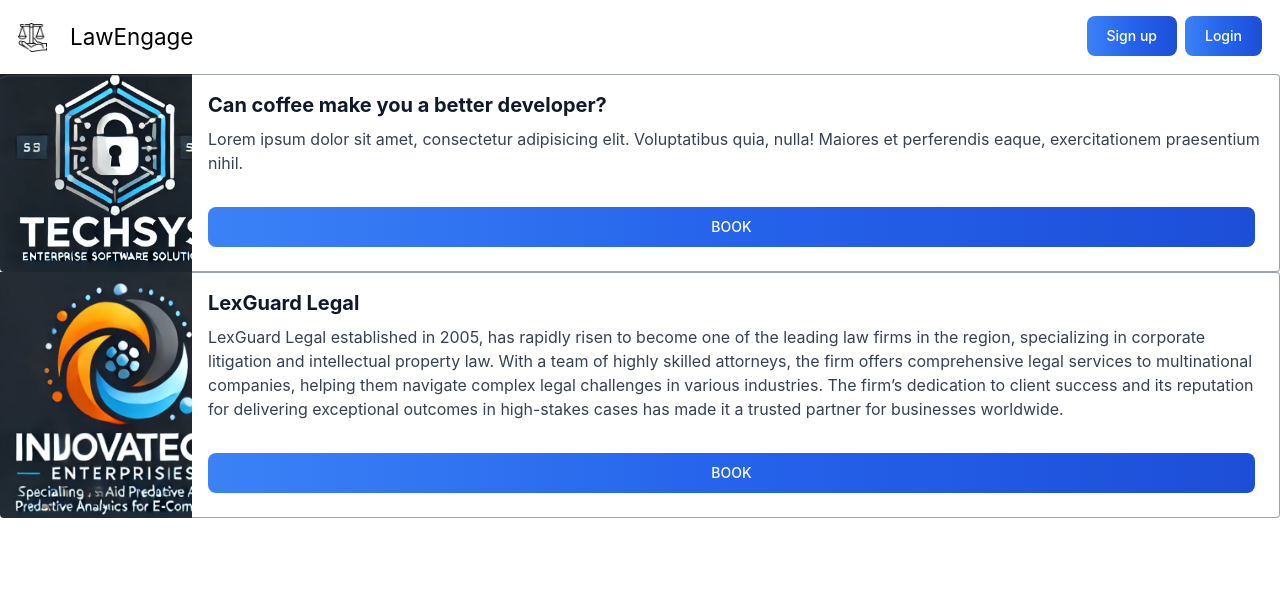
Repository: khushijain8/Lawyer-appointment-application
Page: /book (app in frontend/)
An editor plug-in stored every save of this project. The page is shown before and after the next save, followed by the edit.
The browser window is 1280 px wide. The pictures show the whole page.
The project was rebuilt for these pictures with package versions that can differ from the ones it lists, and the page was loaded fresh each time. Also part of the build but not shown: frontend/src/App.css, frontend/src/components/Signup/Signup.css, frontend/src/components/Signup/Signup.jsx, frontend/src/components/Login/Login.css, frontend/src/components/Login/Login.jsx, frontend/src/components/LawyerHistoryContainer/LawyerHistoryContainer.css, frontend/src/components/LawyerHistoryContainer/LawyerHistoryContainer.jsx, frontend/src/components/Admin/Admin.jsx and 5 more.

Above is the page before, as saved 2025-01-26 19:00:23.

### frontend/src/index.js
import React from 'react';
import ReactDOM from 'react-dom/client';
import './index.css';
import App from './App';
import reportWebVitals from './reportWebVitals';
import {BrowserRouter} from 'react-router-dom';
import {Provider} from 'react-redux';
import {store} from './redux/store';
const root = ReactDOM.createRoot(document.getElementById('root'));
root.render(
  <React.StrictMode>
    <Provider store={store}>
     <BrowserRouter>
      <App />
    </BrowserRouter>
    </Provider>
  </React.StrictMode>
);

// If you want to start measuring performance in your app, pass a function
// to log results (for example: reportWebVitals(console.log))
// or send to an analytics endpoint. Learn more: https://bit.ly/CRA-vitals
reportWebVitals();

### frontend/src/App.js
import './App.css';

import {Route,Routes} from 'react-router-dom';
import Signup from './components/Signup/Signup';
import {Login} from './components/Login/Login';
import Navbar from './components/Navbar/Navbar';
import Book from './components/Book/Book';
import Admin from './components/Admin/Admin';
import FrontPage from './components/FrontPage/FrontPage';
import Firm from './components/Firms/Firm';
import LawyerHistoryContainer from './components/LawyerHistoryContainer/LawyerHistoryContainer';

function App() {
  return (
    <>
      <Navbar></Navbar>
      <Routes>
        <Route path='/signup' element={<Signup/>}/>
        <Route path='/login' element={<Login/>}/>
        <Route path='/book' element={<Book/>}/>
        <Route path='/' element={<FrontPage/>}/>
        <Route path='/admin' element={<Admin/>}/>
        <Route path='/firm' element={<Firm/>}/>
        <Route path='/admin/firm' element={<LawyerHistoryContainer/>}/>
      </Routes>

    </>
  );
}

export default App;

### frontend/src/redux/store.js
import {configureStore} from '@reduxjs/toolkit'
import LawyerReducer from './Lawyer/lawyerSlice'

export const store=configureStore({
    reducer:{
        lawyer:LawyerReducer
    },
})

### frontend/src/components/Navbar/Navbar.jsx
import React from 'react'
import lawlogo from '../../assets/law.png';
import './Navbar.css';
import {useNavigate} from 'react-router-dom';
function Navbar() {
    const navigate=useNavigate()
  return (
    <>
        <div className='navbar flex-col sm:flex-row '>
            <div className="left-nav">
                <img className = "logo px-2 py-2" src={lawlogo} alt="logo"></img>
                <span className="heading">LawEngage</span>
            </div>
            <div className='right-nav flex justify-center items-center md:order-2'>
                <button class="text-white bg-gradient-to-r from-blue-500 via-blue-600 to-blue-700 hover:bg-gradient-to-br focus:ring-4 focus:outline-none focus:ring-blue-300 dark:focus:ring-blue-800 font-medium rounded-lg text-sm px-5 py-2.5 text-center me-2 mb-2"onClick={()=>navigate('/signup')}>Sign up</button>
                <button class="text-white bg-gradient-to-r from-blue-500 via-blue-600 to-blue-700 hover:bg-gradient-to-br focus:ring-4 focus:outline-none focus:ring-blue-300 dark:focus:ring-blue-800 font-medium rounded-lg text-sm px-5 py-2.5 text-center me-2 mb-2" onClick={()=>navigate('/login')}>Login</button>
            </div>
        </div>

    </>
  )
}

export default Navbar

### frontend/src/components/Book/Book.jsx
import React from 'react'
import { useNavigate } from 'react-router-dom'
import { useDispatch } from 'react-redux';
import { setFirm } from '../../redux/Lawyer/lawyerSlice';
import techsys_img from '../../assets/techys.png';
import invovatech_img from '../../assets/invovatech.png';
function Book() {
  const navigate=useNavigate();
  const dispatch=useDispatch();
  const handleClick=(firm)=>{
    dispatch(setFirm(firm));
    navigate('/firm');
  }
  return (
    <div className='root-div' >
      <div className="max-w-sm w-full lg:max-w-full lg:flex">
        <div className="h-48 lg:h-auto lg:w-48 flex-none bg-cover rounded-t lg:rounded-t-none lg:rounded-l text-center overflow-hidden" style={{ backgroundImage: `url(${techsys_img})` }}>
        </div>
        <div className="border-r border-b border-l border-gray-400 lg:border-l-0 lg:border-t lg:border-gray-400 bg-white rounded-b lg:rounded-b-none lg:rounded-r p-4 flex flex-col justify-between leading-normal">
          <div className="mb-8">
            <div class="text-gray-900 font-bold text-xl mb-2">Can coffee make you a better developer?</div>
            <p class="text-gray-700 text-base">Lorem ipsum dolor sit amet, consectetur adipisicing elit. Voluptatibus quia, nulla! Maiores et perferendis eaque, exercitationem praesentium nihil.</p>
          </div>
          <button class="text-white bg-gradient-to-r from-blue-500 via-blue-600 to-blue-700 hover:bg-gradient-to-br focus:ring-4 focus:outline-none focus:ring-blue-300 dark:focus:ring-blue-800 font-medium rounded-lg text-sm px-5 py-2.5 text-center me-2 mb-2" onClick={()=>handleClick('firm1')}>BOOK</button>

        </div>

      </div>
      <div className="max-w-sm w-full lg:max-w-full lg:flex">
        <div className="h-48 lg:h-auto lg:w-48 flex-none bg-cover rounded-t lg:rounded-t-none lg:rounded-l text-center overflow:hidden" style={{ backgroundImage: `url(${invovatech_img})` }}>
        </div>
        <div className="border-r border-b border-l border-gray-400 lg:border-l-0 lg:border-t lg:border-gray-400 bg-white rounded-b lg:rounded-b-none lg:rounded-r p-4 flex flex-col justify-between leading-normal">
          <div className="mb-8">

            <div class="text-gray-900 font-bold text-xl mb-2">LexGuard Legal</div>
            <p class="text-gray-700 text-base">LexGuard Legal established in 2005, has rapidly risen to become one of the leading law firms in the region, specializing in corporate litigation and intellectual property law. With a team of highly skilled attorneys, the firm offers comprehensive legal services to multinational companies, helping them navigate complex legal challenges in various industries. The firm’s dedication to client success and its reputation for delivering exceptional outcomes in high-stakes cases has made it a trusted partner for businesses worldwide.</p>
          </div>
            <button class="text-white bg-gradient-to-r from-blue-500 via-blue-600 to-blue-700 hover:bg-gradient-to-br focus:ring-4 focus:outline-none focus:ring-blue-300 dark:focus:ring-blue-800 font-medium rounded-lg text-sm px-5 py-2.5 text-center me-2 mb-2" onClick={()=>handleClick('firm2')}>BOOK</button>

        </div>

      </div>

    </div>
  )
}

export default Book

### frontend/src/redux/Lawyer/lawyerSlice.js
import { createAsyncThunk,createSlice} from "@reduxjs/toolkit"
import axios from 'axios';
const initialState={
    loading:false,
    lawyers:[],
    error:'',
    selectedSlot: {
        lawyerId: null,
        slotIndex: null,
    },
    firm:null,
}

export const fetchLawyers=createAsyncThunk('Lawyer/fetchLawyers',async (_, { getState })=>{
    const { firm } = getState().lawyer;
    return axios
    .get(`http://localhost:8080/lawyers/${firm}`)
        .then((response) => {
            console.log("API Response:", response.data);
            return response.data;
        })
        .catch((error) => {
            console.log("API Error:", error);
            throw error;
        });
})

export const bookSlot = createAsyncThunk("Lawyer/bookSlot", async (_, { getState, rejectWithValue }) => {
    const { firm } = getState().lawyer;
    const {selectedSlot}=getState().lawyer;
    const {lawyerId,slotIndex}=selectedSlot;
    if (!lawyerId || slotIndex === null) {
        return rejectWithValue("Invalid slot or lawyerId");
    }
    try {
      const response = await axios.post(`http://localhost:8080/bookSlot/${firm}`, {
        lawyerId,
        slotIndex,
      });

      console.log("Slot booked successfully:", response.data);
      return { lawyerId, slotIndex };
    } catch (error) {
        console.log(lawyerId,slotIndex);
        console.error("Failed to book slot:", error);
        return rejectWithValue(error.response?.data || "Booking failed");
      }
    }
  );



const lawyerSlice=createSlice({
    name:'lawyer',
    initialState,
    reducers: {
        selectSlot:(state,action)=>{
          state.selectedSlot = action.payload;
        },
        setFirm: (state, action) => {
            state.firm = action.payload;
        }
      },

    extraReducers:builder=>{
        builder.addCase(fetchLawyers.pending,state=>{
            state.loading=true
            console.log("Fetch lawyers faileda");
        })
        builder.addCase(fetchLawyers.fulfilled,(state,action)=>{
            state.loading=false
            state.lawyers=action.payload
            state.error=''
            console.log("Fetch lawyers failedb");
        })
        builder.addCase(fetchLawyers.rejected,(state,action)=>{
            state.loading=false
            state.error=action.error.message
            state.lawyers=[]
            console.log("Fetch lawyers failedc");
        })
        builder.addCase(bookSlot.pending,state=>{
            state.loading=true
            console.log("Fetch lawyers faileda");
        })
        builder.addCase(bookSlot.fulfilled,(state,action)=>{
            state.loading=false
            const {lawyerId,slotIndex}=action.payload;
            const lawyer=state.lawyers.find((l) => l._id === lawyerId);
            if (lawyer) {
              lawyer.availability[slotIndex].isAvailable=false;
            }
        })
        builder.addCase(bookSlot.rejected,(state,action)=>{
            state.loading=false
            state.error=action.error.message
            state.lawyers=[]
            console.log("Fetch lawyers failedc");
        })
    },

})
export const { selectSlot ,setFirm} = lawyerSlice.actions;
export default lawyerSlice.reducer;

### frontend/src/components/Navbar/Navbar.css
.logo{
    width:45px;
    height:45px;
}
.navbar{
    margin:10px;
    display:flex;
    justify-content : space-between;
}
.left-nav{
    display: flex;
    justify-content: start;
    gap:15px;
    align-items:center; /* for heading (lawengage to be at the center of the logo)*/
}

.right-nav{
    margin-top:6px;
}
.heading{
    font-size: 1.4rem;
    font-weight: normal;
}

Loaded but not shown: frontend/public/index.html (common file); frontend/src/index.css (common file); frontend/src/reportWebVitals.js (common file); frontend/tailwind.config.js (common file)

After the next save:
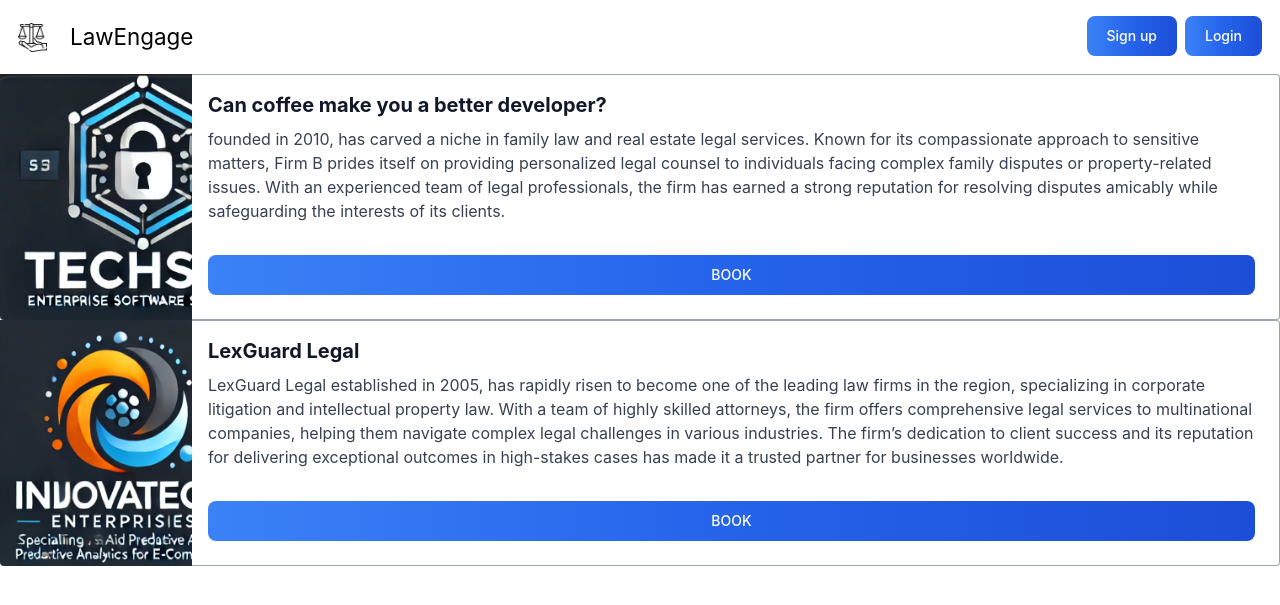
Saved 21 s later.
--- a/frontend/src/components/Book/Book.jsx
+++ b/frontend/src/components/Book/Book.jsx
@@ -19,7 +19,7 @@ function Book() {
         <div className="border-r border-b border-l border-gray-400 lg:border-l-0 lg:border-t lg:border-gray-400 bg-white rounded-b lg:rounded-b-none lg:rounded-r p-4 flex flex-col justify-between leading-normal">
           <div className="mb-8">
             <div class="text-gray-900 font-bold text-xl mb-2">Can coffee make you a better developer?</div>
-            <p class="text-gray-700 text-base">Lorem ipsum dolor sit amet, consectetur adipisicing elit. Voluptatibus quia, nulla! Maiores et perferendis eaque, exercitationem praesentium nihil.</p>
+            <p class="text-gray-700 text-base">founded in 2010, has carved a niche in family law and real estate legal services. Known for its compassionate approach to sensitive matters, Firm B prides itself on providing personalized legal counsel to individuals facing complex family disputes or property-related issues. With an experienced team of legal professionals, the firm has earned a strong reputation for resolving disputes amicably while safeguarding the interests of its clients.</p>
           </div>
           <button class="text-white bg-gradient-to-r from-blue-500 via-blue-600 to-blue-700 hover:bg-gradient-to-br focus:ring-4 focus:outline-none focus:ring-blue-300 dark:focus:ring-blue-800 font-medium rounded-lg text-sm px-5 py-2.5 text-center me-2 mb-2" onClick={()=>handleClick('firm1')}>BOOK</button>
 
